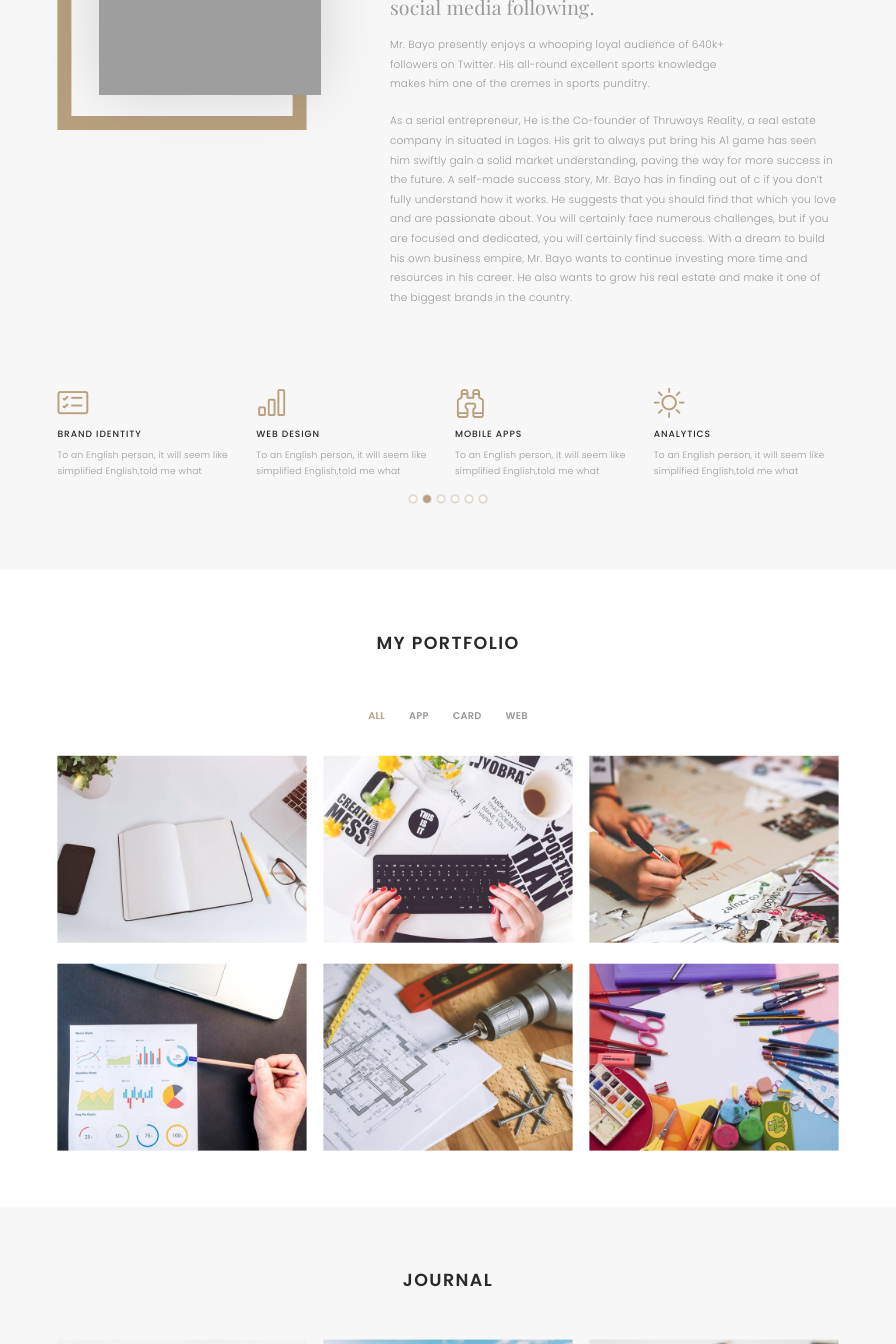
Repository: muhammedctgr/MrBayoA1
Page: index.html
An editor plug-in stored every save of this project. The page is shown before and after a run of saves, followed by the edit.
The browser window is 1280 px wide. The pictures show the part of the page from y = 1064 to 2984 px (the page is 4246 px tall before and 4218 px after), at 70% of full size.
Pictures or frames that could not be fetched are drawn as grey boxes. Some web fonts or font styles are not loaded; a fallback is used.

Above is the page before, as saved 2022-10-17 23:08:54.

### index.html
<!DOCTYPE html>
<html lang="en">

<head>
  <meta charset="utf-8">
  <meta content="width=device-width, initial-scale=1.0" name="viewport">

  <title>Mr Bayo A1</title>
  <meta content="" name="description">
  <meta content="" name="keywords">

  <link rel="apple-touch-icon" sizes="180x180" href="/apple-touch-icon.png">
  <link rel="icon" type="image/png" sizes="32x32" href="/favicon-32x32.png">
  <link rel="icon" type="image/png" sizes="16x16" href="/favicon-16x16.png">
  <link rel="manifest" href="/site.webmanifest">

  <link rel="preconnect" href="https://fonts.googleapis.com">
  <link rel="preconnect" href="https://fonts.gstatic.com" crossorigin>
  <link href="https://fonts.googleapis.com/css2?family=Racing+Sans+One&display=swap" rel="stylesheet">

  <!-- Favicons -->
  <link href="assets/img/favicon.png" rel="icon">
  <link href="assets/img/apple-touch-icon.png" rel="apple-touch-icon">

  <!-- Google Fonts -->
  <link href="https://fonts.googleapis.com/css?family=Poppins:300,300i,400,400i,500,500i,600,600i,700,700i|Playfair+Display:400,400i,500,500i,600,600i,700,700i,900,900i" rel="stylesheet">

  <!-- Vendor CSS Files -->
  <link href="assets/vendor/bootstrap/css/bootstrap.min.css" rel="stylesheet">
  <link href="assets/vendor/bootstrap-icons/bootstrap-icons.css" rel="stylesheet">
  <link href="assets/vendor/boxicons/css/boxicons.min.css" rel="stylesheet">
  <link href="assets/vendor/glightbox/css/glightbox.min.css" rel="stylesheet">
  <link href="assets/vendor/swiper/swiper-bundle.min.css" rel="stylesheet">

  <!-- Template Main CSS File -->
  <link href="assets/css/style.css" rel="stylesheet">

</head>

<body>

  <!-- ======= Header ======= -->
  <header id="header" class="fixed-top ">
    <div class="container d-flex align-items-center justify-content-between">

      <!--<a href="index.html" class="logo"><img src="assets/img/logo.png" alt="" class="img-fluid"></a>-->
      <!-- Uncomment below if you prefer to use an text logo -->
      <h1 class="" style="font-family: 'Racing Sans One', cursive; background-color: #b8a07e; opacity: 0.7;"><a href="index.html">Mr Bayo</a></h1>

      <nav id="navbar" class="navbar">
        <ul>
          <li><a class="nav-link scrollto active" href="#hero">Home</a></li>
          <li><a class="nav-link scrollto" href="#about">About</a></li>
          <!--<li><a class="nav-link  scrollto" href="#portfolio">Portfolio</a></li>-->
          <li><a class="nav-link  scrollto" href="#journal">Blog</a></li>
          <!--<li class="dropdown"><a href="#"><span>Drop Down</span> <i class="bi bi-chevron-down"></i></a>
            <ul>
              <li><a href="#">Drop Down 1</a></li>
              <li class="dropdown"><a href="#"><span>Deep Drop Down</span> <i class="bi bi-chevron-right"></i></a>
                <ul>
                  <li><a href="#">Deep Drop Down 1</a></li>
                  <li><a href="#">Deep Drop Down 2</a></li>
                  <li><a href="#">Deep Drop Down 3</a></li>
                  <li><a href="#">Deep Drop Down 4</a></li>
                  <li><a href="#">Deep Drop Down 5</a></li>
                </ul>
              </li>
              <li><a href="#">Drop Down 2</a></li>
              <li><a href="#">Drop Down 3</a></li>
              <li><a href="#">Drop Down 4</a></li>
            </ul>
          </li>-->
          <li><a class="nav-link scrollto" href="#contact">Contact</a></li>
        </ul>
        <i class="bi bi-list mobile-nav-toggle"></i>
      </nav><!-- .navbar -->

    </div>
  </header><!-- End Header -->

  <!-- ======= Hero Section ======= -->
  <div id="hero" class="home">

    <div class="container">
      <div class="hero-content">
        <h1><span class="typed" data-typed-items="Akinde Gbenga Bayo, Entrepreneur, Social Media Influencer, Serial Winner."></span></h1>
      </div>
    </div>
  </div><!-- End Hero -->

  <main id="main">

    <!-- ======= About Section ======= -->
    <div id="about" class="paddsection">
      <div class="container">
        <div class="row justify-content-between">

          <div class="col-lg-4 ">
            <div class="div-img-bg">
              <div class="about-img">
                <img src="https://i.postimg.cc/W4LmL6sG/2-1.jpg" class="img-responsive" alt="me">
              </div>
            </div>
          </div>

          <div class="col-lg-7">
            <div class="about-descr">

              <p class="p-heading">Akinde Gbenga Bayo, notably known as Mr. Bayo, is one of the successful entrepreneurs and influencers making their mark in the industry.
               Mr. Bayo is an experienced social media influencer from Lagos, Nigeria. His extensive network & experience in the sporting world rate him as one of the top
               influencers with a massive social media following.
              </p>
              <p class="separator">Mr. Bayo presently enjoys a whooping loyal audience of 640k+ followers on Twitter.
                His all-round excellent sports knowledge makes him one of the cremes in sports punditry.
              </p>
              <p>
                As a serial entrepreneur, He is the Co-founder of Thruways Reality, a real estate company in situated in Lagos. His grit to always put bring his A1 game has seen
                him swiftly gain a solid market understanding, paving the way for more success in the future.
                A self-made success story, Mr. Bayo has in finding out of c if you don’t fully understand how it works.
                He suggests that you should find that which you love and are passionate about. You will certainly face numerous challenges, but if you are focused and dedicated, you will certainly find success.
                With a dream to build his own business empire, Mr. Bayo wants to continue investing more time and resources in his career. He also wants to grow his real estate and make it one of the biggest brands in the country.
              </p>

            </div>

          </div>
        </div>
      </div>
    </div><!-- End About Section -->

    <!-- ======= Services Section ======= -->
    <div id="services">
      <div class="container">

        <div class="services-slider swiper" data-aos="fade-up" data-aos-delay="100">
          <div class="swiper-wrapper">

            <div class="swiper-slide">
              <div class="services-block">
                <i class="bi bi-briefcase"></i>
                <span>UI/UX DESIGN</span>
                <p class="separator">To an English person, it will seem like simplified English,told me what </p>
              </div>
            </div><!-- End testimonial item -->

            <div class="swiper-slide">
              <div class="services-block">
                <i class="bi bi-card-checklist"></i>
                <span>BRAND IDENTITY</span>
                <p class="separator">To an English person, it will seem like simplified English,told me what </p>
              </div>
            </div><!-- End testimonial item -->

            <div class="swiper-slide">
              <div class="services-block">
                <i class="bi bi-bar-chart"></i>
                <span>WEB DESIGN</span>
                <p class="separator">To an English person, it will seem like simplified English,told me what </p>
              </div>
            </div><!-- End testimonial item -->

            <div class="swiper-slide">
              <div class="services-block">
                <i class="bi bi-binoculars"></i>
                <span>MOBILE APPS</span>
                <p class="separator">To an English person, it will seem like simplified English,told me what </p>
              </div>
            </div><!-- End testimonial item -->

            <div class="swiper-slide">
              <div class="services-block">
                <i class="bi bi-brightness-high"></i>
                <span>Analytics</span>
                <p class="separator">To an English person, it will seem like simplified English,told me what </p>
              </div>
            </div><!-- End testimonial item -->

            <div class="swiper-slide">
              <div class="services-block">
                <i class="bi bi-calendar4-week"></i>
                <span>PHOTOGRAPHY</span>
                <p class="separator">To an English person, it will seem like simplified English,told me what </p>
              </div>
            </div><!-- End testimonial item -->

          </div>
          <div class="swiper-pagination"></div>
        </div>

      </div>

    </div><!-- End Services Section -->

    <!-- ======= Portfolio Section ======= -->
    <div id="portfolio" class="paddsection">

      <div class="container">
        <div class="section-title text-center">
          <h2>My Portfolio</h2>
        </div>
      </div>

      <div class="container">

        <div class="row">
          <div class="col-lg-12 d-flex justify-content-center">
            <ul id="portfolio-flters">
              <li data-filter="*" class="filter-active">All</li>
              <li data-filter=".filter-app">App</li>
              <li data-filter=".filter-card">Card</li>
              <li data-filter=".filter-web">Web</li>
            </ul>
          </div>
        </div>

        <div class="row portfolio-container">

          <div class="col-lg-4 col-md-6 portfolio-item filter-app">
            <img src="assets/img/portfolio/portfolio-1.jpg" class="img-fluid" alt="">
            <div class="portfolio-info">
              <h4>App 1</h4>
              <p>App</p>
              <a href="assets/img/portfolio/portfolio-1.jpg" data-gallery="portfolioGallery" class="portfolio-lightbox preview-link" title="App 1"><i class="bx bx-plus"></i></a>
              <a href="portfolio-details.html" class="details-link" title="More Details"><i class="bx bx-link"></i></a>
            </div>
          </div>

          <div class="col-lg-4 col-md-6 portfolio-item filter-web">
            <img src="assets/img/portfolio/portfolio-2.jpg" class="img-fluid" alt="">
            <div class="portfolio-info">
              <h4>Web 3</h4>
              <p>Web</p>
              <a href="assets/img/portfolio/portfolio-2.jpg" data-gallery="portfolioGallery" class="portfolio-lightbox preview-link" title="Web 3"><i class="bx bx-plus"></i></a>
              <a href="portfolio-details.html" class="details-link" title="More Details"><i class="bx bx-link"></i></a>
            </div>
          </div>

          <div class="col-lg-4 col-md-6 portfolio-item filter-app">
            <img src="assets/img/portfolio/portfolio-3.jpg" class="img-fluid" alt="">
            <div class="portfolio-info">
              <h4>App 2</h4>
              <p>App</p>
              <a href="assets/img/portfolio/portfolio-3.jpg" data-gallery="portfolioGallery" class="portfolio-lightbox preview-link" title="App 2"><i class="bx bx-plus"></i></a>
              <a href="portfolio-details.html" class="details-link" title="More Details"><i class="bx bx-link"></i></a>
            </div>
          </div>

          <div class="col-lg-4 col-md-6 portfolio-item filter-card">
            <img src="assets/img/portfolio/portfolio-4.jpg" class="img-fluid" alt="">
            <div class="portfolio-info">
              <h4>Card 2</h4>
              <p>Card</p>
              <a href="assets/img/portfolio/portfolio-4.jpg" data-gallery="portfolioGallery" class="portfolio-lightbox preview-link" title="Card 2"><i class="bx bx-plus"></i></a>
              <a href="portfolio-details.html" class="details-link" title="More Details"><i class="bx bx-link"></i></a>
            </div>
          </div>

          <div class="col-lg-4 col-md-6 portfolio-item filter-web">
            <img src="assets/img/portfolio/portfolio-5.jpg" class="img-fluid" alt="">
            <div class="portfolio-info">
              <h4>Web 2</h4>
              <p>Web</p>
              <a href="assets/img/portfolio/portfolio-5.jpg" data-gallery="portfolioGallery" class="portfolio-lightbox preview-link" title="Web 2"><i class="bx bx-plus"></i></a>
              <a href="portfolio-details.html" class="details-link" title="More Details"><i class="bx bx-link"></i></a>
            </div>
          </div>

          <div class="col-lg-4 col-md-6 portfolio-item filter-app">
            <img src="assets/img/portfolio/portfolio-6.jpg" class="img-fluid" alt="">
            <div class="portfolio-info">
              <h4>App 3</h4>
              <p>App</p>
              <a href="assets/img/portfolio/portfolio-6.jpg" data-gallery="portfolioGallery" class="portfolio-lightbox preview-link" title="App 3"><i class="bx bx-plus"></i></a>
              <a href="portfolio-details.html" class="details-link" title="More Details"><i class="bx bx-link"></i></a>
            </div>
          </div>

        </div>

      </div>

    </div><!-- End Portfolio Section -->

    <!-- ======= Journal Section ======= -->
    <div id="journal" class="text-left paddsection">

      <div class="container">
        <div class="section-title text-center">
          <h2>journal</h2>
        </div>
      </div>

      <div class="container">
        <div class="journal-block">
          <div class="row">

            <div class="col-lg-4 col-md-6">
              <div class="journal-info">

                <a href="blog-single.html"><img src="assets/img/blog-post-1.jpg" class="img-responsive" alt="img"></a>

                <div class="journal-txt">

                  <h4><a href="blog-single.html">SO LETS MAKE THE MOST IS BEAUTIFUL</a></h4>
                  <p class="separator">To an English person, it will seem like simplified English
                  </p>

                </div>

              </div>
            </div>

            <div class="col-lg-4 col-md-6">
              <div class="journal-info">

                <a href="blog-single.html"><img src="assets/img/blog-post-2.jpg" class="img-responsive" alt="img"></a>

                <div class="journal-txt">

                  <h4><a href="blog-single.html">WE'RE GONA MAKE DREAMS COMES</a></h4>
                  <p class="separator">To an English person, it will seem like simplified English
                  </p>

                </div>

              </div>
            </div>

            <div class="col-lg-4 col-md-6">
              <div class="journal-info">

                <a href="blog-single.html"><img src="assets/img/blog-post-3.jpg" class="img-responsive" alt="img"></a>

                <div class="journal-txt">

                  <h4><a href="blog-single.html">NEW LIFE CIVILIZATIONS TO BOLDLY</a></h4>
                  <p class="separator">To an English person, it will seem like simplified English
                  </p>

                </div>

              </div>
            </div>

          </div>
        </div>
      </div>

    </div><!-- End Journal Section -->

    <!-- ======= Contact Section ======= -->
    <div id="contact" class="paddsection">
      <div class="container">
        <div class="contact-block1">
          <div class="row">

            <div class="col-lg-6">
              <div class="contact-contact">

                <h2 class="mb-30">GET IN TOUCH</h2>

                <ul class="contact-details">
                  <li><span>23 Main, Street</span></li>
                  <li><span>New York, United States</span></li>
                  <li><span>+88 01912704287</span></li>
                  <li><span>example@example.com</span></li>
                </ul>

              </div>
            </div>

            <div class="col-lg-6">
              <form action="forms/contact.php" method="post" role="form" class="php-email-form">
                <div class="row gy-3">

                  <div class="col-lg-6">
                    <div class="form-group contact-block1">
                      <input type="text" name="name" class="form-control" id="name" placeholder="Your Name" required>
                    </div>
                  </div>

                  <div class="col-lg-6">
                    <div class="form-group">
                      <input type="email" class="form-control" name="email" id="email" placeholder="Your Email" required>
                    </div>
                  </div>

                  <div class="col-lg-12">
                    <div class="form-group">
                      <input type="text" class="form-control" name="subject" id="subject" placeholder="Subject" required>
                    </div>
                  </div>

                  <div class="col-lg-12">
                    <div class="form-group">
                      <textarea class="form-control" name="message" placeholder="Message" required></textarea>
                    </div>
                  </div>

                  <div class="col-lg-12">
                    <div class="loading">Loading</div>
                    <div class="error-message"></div>
                    <div class="sent-message">Your message has been sent. Thank you!</div>
                  </div>

                  <div class="mt-0">
                    <input type="submit" class="btn btn-defeault btn-send" value="Send message">
                  </div>

                </div>
              </form>
            </div>
          </div>
        </div>
      </div>
    </div><!-- End Contact Section -->

  </main><!-- End #main -->

  <!-- ======= Footer ======= -->
  <div id="footer" class="text-center">
    <div class="container">
      <div class="socials-media text-center">

        <ul class="list-unstyled">
          <li><a href="#"><i class="bi bi-facebook"></i></a></li>
          <li><a href="#"><i class="bi bi-twitter"></i></a></li>
          <li><a href="#"><i class="bi bi-instagram"></i></a></li>
          <li><a href="#"><i class="bi bi-linkedin"></i></a></li>
        </ul>

      </div>

      <p>&copy; Copyrights Folio. All rights reserved.</p>

      <div class="credits">
        <!--
        All the links in the footer should remain intact.
        You can delete the links only if you purchased the pro version.
        Licensing information: https://bootstrapmade.com/license/
        Purchase the pro version with working PHP/AJAX contact form: https://bootstrapmade.com/buy/?theme=Folio
      -->
        Designed by <a href="https://bootstrapmade.com/">BootstrapMade</a>
      </div>

    </div>
  </div><!-- End Footer -->

  <a href="#" class="back-to-top d-flex align-items-center justify-content-center"><i class="bi bi-arrow-up-short"></i></a>

  <!-- Vendor JS Files -->
  <script src="assets/vendor/bootstrap/js/bootstrap.bundle.min.js"></script>
  <script src="assets/vendor/glightbox/js/glightbox.min.js"></script>
  <script src="assets/vendor/isotope-layout/isotope.pkgd.min.js"></script>
  <script src="assets/vendor/swiper/swiper-bundle.min.js"></script>
  <script src="assets/vendor/typed.js/typed.min.js"></script>
  <script src="assets/vendor/php-email-form/validate.js"></script>

  <!-- Template Main JS File -->
  <script src="assets/js/main.js"></script>

</body>

</html>

Loaded but not shown: assets/vendor/bootstrap/css/bootstrap.min.css (library); assets/vendor/bootstrap-icons/bootstrap-icons.css (library); assets/vendor/boxicons/css/boxicons.min.css (library); assets/vendor/glightbox/css/glightbox.min.css (library); assets/vendor/swiper/swiper-bundle.min.css (library); assets/vendor/bootstrap/js/bootstrap.bundle.min.js (library); assets/vendor/glightbox/js/glightbox.min.js (library); assets/vendor/isotope-layout/isotope.pkgd.min.js (library); assets/vendor/swiper/swiper-bundle.min.js (library); assets/vendor/typed.js/typed.min.js (library); assets/vendor/php-email-form/validate.js (common file); assets/js/main.js (262 lines, source omitted); assets/css/style.css (1549 lines, source omitted)

After the next 2 saves:
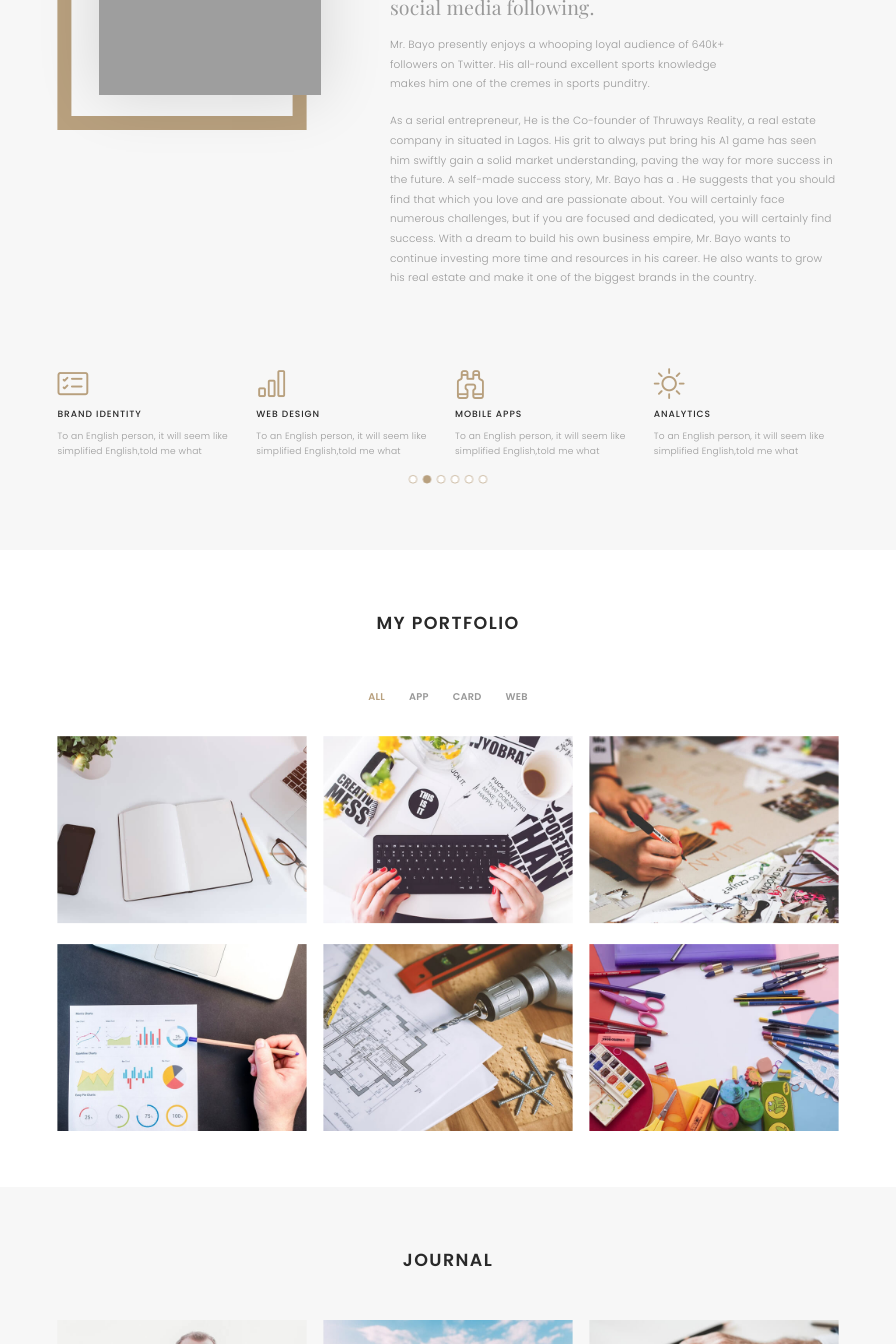
The 2 saves are shown as one change because they came seconds apart.
The last was saved 14 s later.
--- a/index.html
+++ b/index.html
@@ -116,7 +116,7 @@
               <p>
                 As a serial entrepreneur, He is the Co-founder of Thruways Reality, a real estate company in situated in Lagos. His grit to always put bring his A1 game has seen
                 him swiftly gain a solid market understanding, paving the way for more success in the future.
-                A self-made success story, Mr. Bayo has in finding out of c if you don’t fully understand how it works.
+                A self-made success story, Mr. Bayo has a .
                 He suggests that you should find that which you love and are passionate about. You will certainly face numerous challenges, but if you are focused and dedicated, you will certainly find success.
                 With a dream to build his own business empire, Mr. Bayo wants to continue investing more time and resources in his career. He also wants to grow his real estate and make it one of the biggest brands in the country.
               </p>
